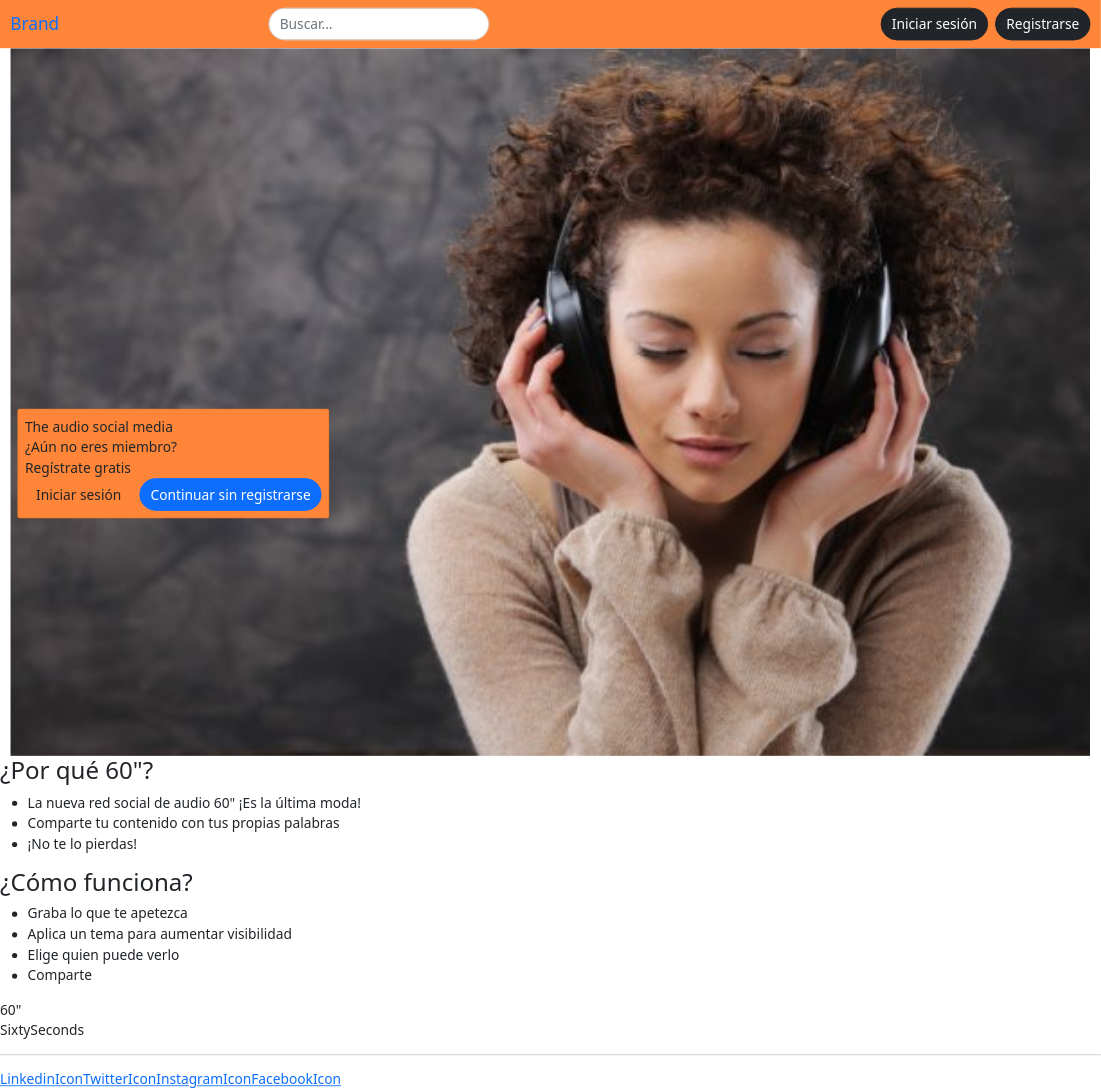
Repository: Zapulin/react-sixtySeconds-front
Page: /
The author's editor kept a copy of each file at every save. The page is drawn from the files as they stood at one save, then again after a run of saves.
The browser window is 1280 px wide. The pictures show the whole page, at 86% of full size.
The project was rebuilt for these pictures with package versions that can differ from the ones it lists, and the page was loaded fresh each time. Also part of the build but not shown: src/Components/Login.js, src/Components/Signup.js, src/Components/Publish.js, src/Components/Activity.js, src/Components/Navbar.js, src/Components/Categories.js, src/Components/IconProfile.js, src/Components/Recorder.js and 10 more. Imported but missing from the stored project, and not drawn on this page: src/Samples/AUDIOMP3.mp3, src/Samples/AUDIOOGG.ogg.

Above is the page before, as saved 2022-04-13 14:50:05.

After the next 2 saves:
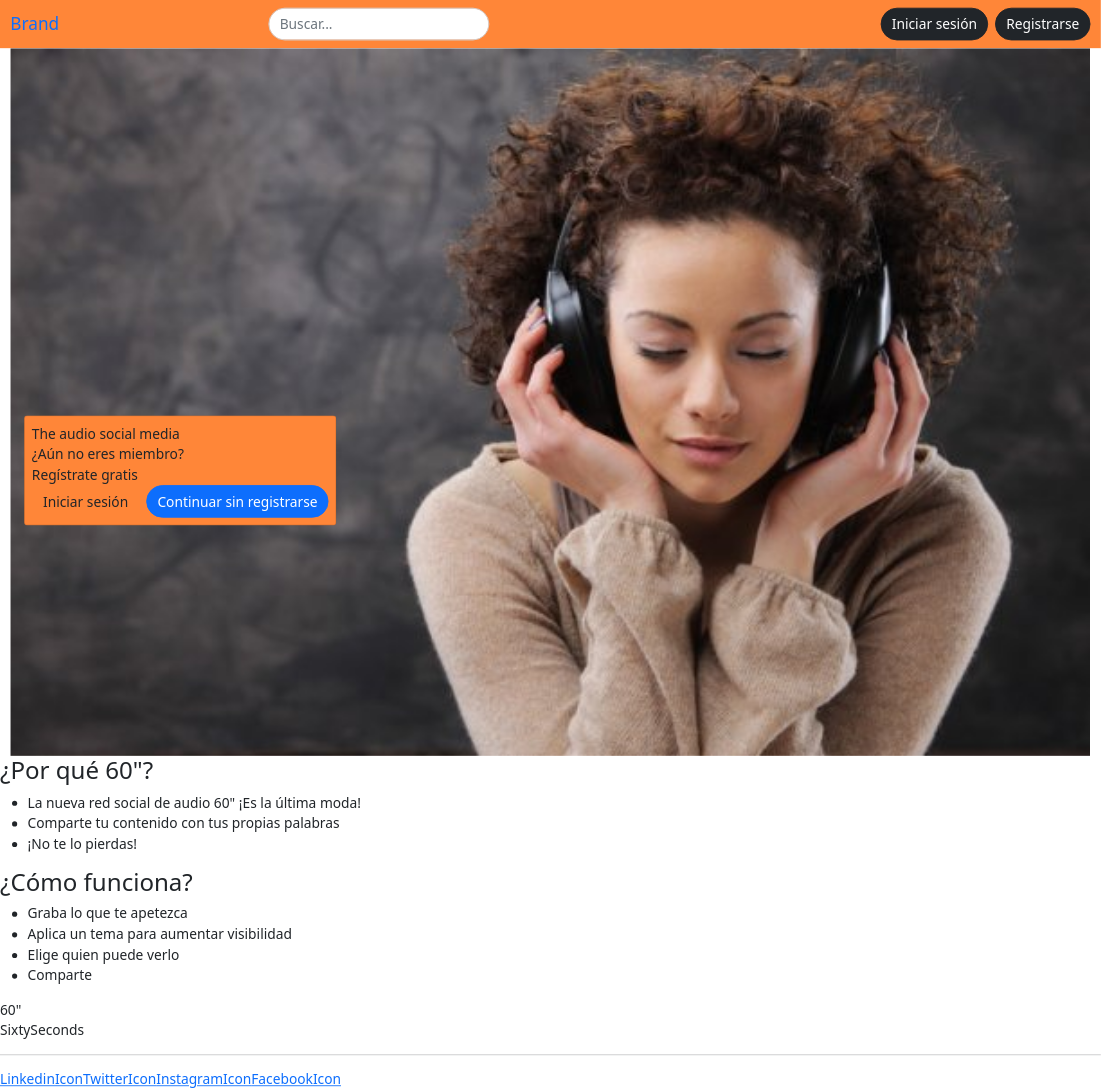
The 2 saves are shown as one change because they came seconds apart.
The last was saved 18 s later.
--- a/src/Pages/Home.js
+++ b/src/Pages/Home.js
@@ -12,7 +12,7 @@
       <div className="container-fluid">
           <div className="position-relative">
             <img className="img-fluid" src={top_image} alt="" />
-            <div className="card rounded m-2 p-2 position-absolute top-50" style={{background:'#FF8638'}}>
+            <div className="card rounded m-3 p-2 position-absolute top-50" style={{background:'#FF8638'}}>
                  <span> The audio social media </span>
                  <span> ¿Aún no eres miembro? </span>
                  <span> Regístrate gratis </span>
